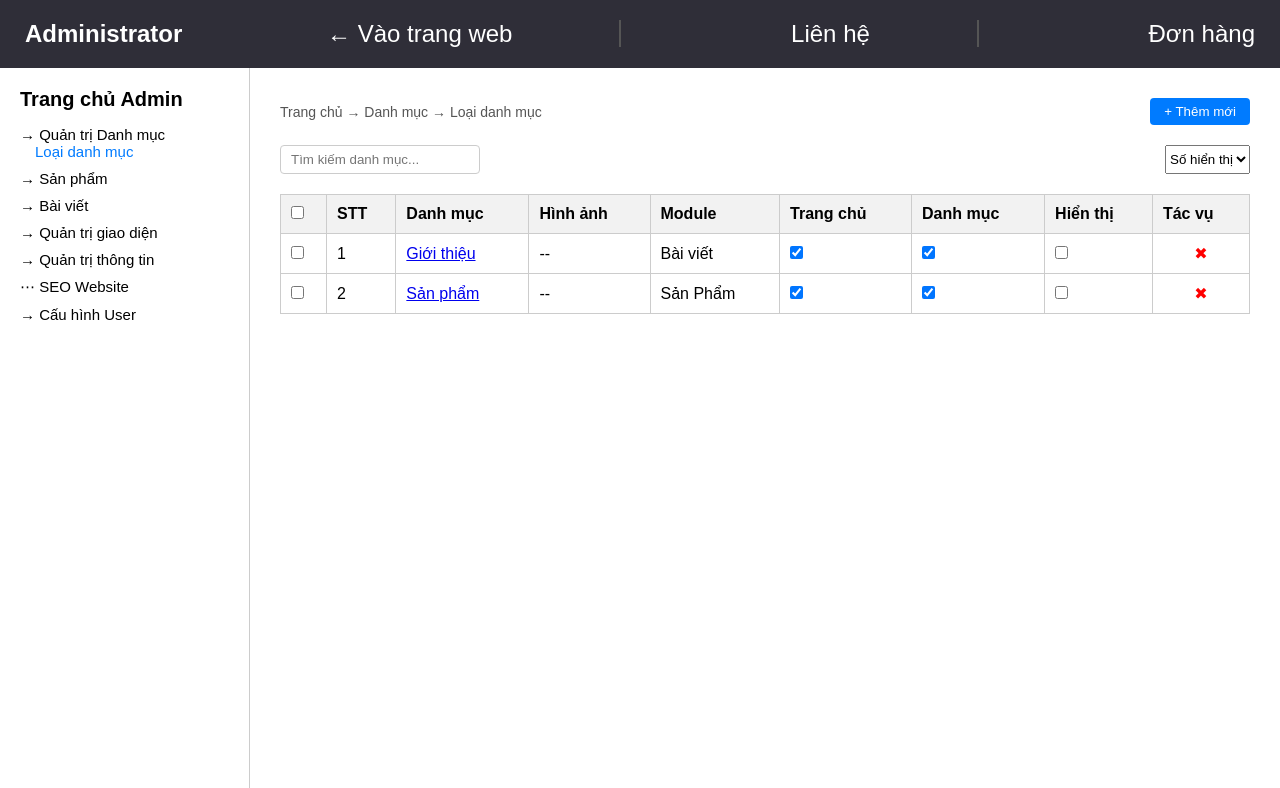
Repository: TranTanDat0606/Du-An-1
Page: Admin]/admin.html
These files come from the project's save history. The page is drawn as it stood at one moment and after a run of saves; the edit follows.
The browser window is 1280 px wide. The pictures show the whole page.

Above is the page before, as saved 2025-07-30 15:08:06.

### Admin]/admin.html
<!DOCTYPE html>
<html lang="vi">
<head>
    <meta charset="UTF-8" />
    <meta name="viewport" content="width=device-width, initial-scale=1.0"/>
    <title>Quản lý danh mục</title>
    <link rel="stylesheet" href="admin.css" />
</head>
<body>
    <header class="topbar">
    <div class="topbar-left">Administrator</div>
    <div class="topbar-right">
    <a href="#">← Vào trang web</a>
    <a href="#">Liên hệ</a>
    <a href="#">Đơn hàng</a></div>
</header>
    <div class="admin-container">
    <aside class="sidebar">
    <h2>Trang chủ Admin</h2>
    <ul>
        <li>→ Quản trị Danh mục
    <ul class="submenu">
            <li><a href="#">Loại danh mục</a></li>
    </ul>
        </li>
        <li>→ Sản phẩm</li>
        <li>→ Bài viết</li>
        <li>→ Quản trị giao diện</li>
        <li>→ Quản trị thông tin</li>
        <li>⋯ SEO Website</li>
        <li>→ Cấu hình User</li>
    </ul>
    </aside>
    <main class="main-content">
    <div class="header-bar">
        <span class="breadcrumbs">Trang chủ → Danh mục → Loại danh mục</span>
        <button class="btn-new">+ Thêm mới</button>
    </div>

    <div class="table-toolbar">
        <input type="text" class="search-input" placeholder="Tìm kiếm danh mục..." />
        <select>
    <option>Số hiển thị</option>
        </select>
    </div>
    <table>
        <thead>
    <tr>
            <th><input type="checkbox" /></th>
            <th>STT</th>
            <th>Danh mục</th>
            <th>Hình ảnh</th>
            <th>Module</th>
            <th>Trang chủ</th>
            <th>Danh mục</th>
            <th>Hiển thị</th>
            <th>Tác vụ</th>
    </tr>
        </thead>
        <tbody>
    <tr>
            <td><input type="checkbox" /></td>
            <td>1</td>
            <td><a href="#">Giới thiệu</a></td>
            <td>--</td>
            <td>Bài viết</td>
            <td><input type="checkbox" checked /></td>
            <td><input type="checkbox" checked /></td>
            <td><input type="checkbox" /></td>
            <td class="text-danger">✖</td>
    </tr>
    <tr>
            <td><input type="checkbox" /></td>
            <td>2</td>
            <td><a href="#">Sản phẩm</a></td>
            <td>--</td>
            <td>Sản Phẩm</td>
            <td><input type="checkbox" checked /></td>
            <td><input type="checkbox" checked /></td>
            <td><input type="checkbox" /></td>
            <td class="text-danger">✖</td>
    </tr>
        </tbody>
    </table>
    </main>
    </div>
</body>
</html>

### Admin]/admin.css
* {
    margin: 0;
    padding: 0;
    box-sizing: border-box;
    font-family: sans-serif;
}
/* header */
/* Topbar admin */
.topbar {
    background-color: #2f2e38;
    color: white;
    display: flex;
    justify-content: space-between;
    align-items: center;
    padding: 20px 25px;
    font-size: 24px;
}

.topbar-left {
    font-weight: bold;
}

.topbar-right a {
    color: white;
    text-decoration: none;
    margin-left: 100px;
    border-left: 2px solid #555;
    padding-left: 170px
}

.topbar-right a:first-child {
    border-left: none;
    padding-left: 0;
}
body {
    background: #f5f5f5;
}

.admin-container {
    display: flex;
    height: 100vh;
}

/* Sidebar */
.sidebar {
    width: 250px;
    background: #fff;
    border-right: 1px solid #ccc;
    padding: 20px;
}

.sidebar h2 {
    margin-bottom: 15px;
    font-size: 20px;
}

.sidebar ul {
    list-style: none;
}

.sidebar li {
    margin-bottom: 10px;
    font-size: 15px;
}

.sidebar .submenu {
    margin-left: 15px;
}

.sidebar a {
    color: #007bff;
    text-decoration: none;
}

/* Main Content */
.main-content {
    flex: 1;
    padding: 30px;
    background: #fff;
}

.header-bar {
    display: flex;
    justify-content: space-between;
    align-items: center;
}

.breadcrumbs {
    color: #555;
    font-size: 14px;
}

.btn-new {
    background: #007bff;
    color: #fff;
    border: none;
    padding: 6px 14px;
    border-radius: 4px;
    cursor: pointer;
}

.table-toolbar {
    margin: 20px 0;
    display: flex;
    justify-content: space-between;
}

.search-input {
    padding: 6px 10px;
    width: 200px;
    border: 1px solid #ccc;
    border-radius: 4px;
}

table {
    width: 100%;
    border-collapse: collapse;
    background: #fff;
}

table th,
table td {
    border: 1px solid #ccc;
    padding: 10px;
    text-align: left;
}

table th {
    background: #f2f2f2;
}

.text-danger {
    color: red;
    text-align: center;
}

After the next 2 saves:
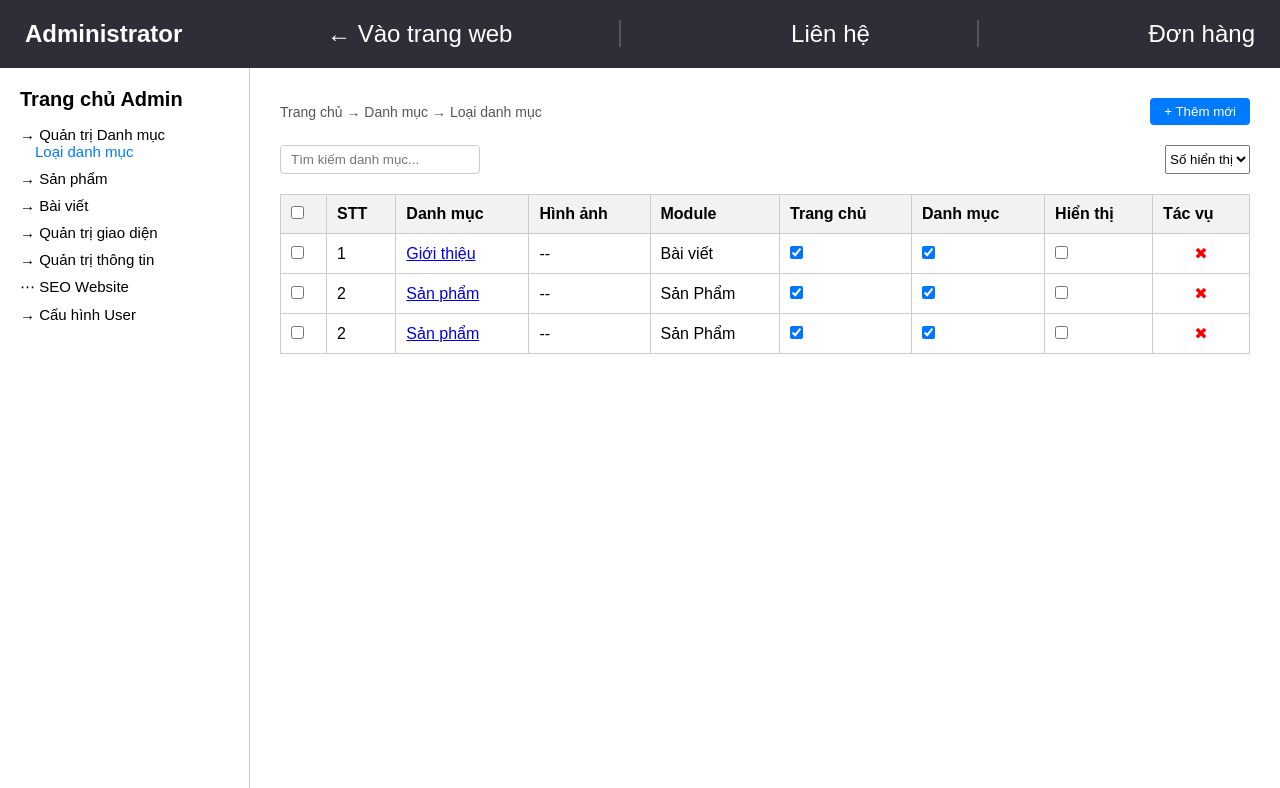
The 2 saves are shown as one change because they came seconds apart.
The last was saved 62 s later.
--- a/Admin]/admin.html
+++ b/Admin]/admin.html
@@ -80,6 +80,17 @@
             <td><input type="checkbox" /></td>
             <td class="text-danger">✖</td>
     </tr>
+     <tr>
+         <td><input type="checkbox" /></td>
+         <td>2</td>
+         <td><a href="#">Sản phẩm</a></td>
+         <td>--</td>
+         <td>Sản Phẩm</td>
+         <td><input type="checkbox" checked /></td>
+         <td><input type="checkbox" checked /></td>
+         <td><input type="checkbox" /></td>
+         <td class="text-danger">✖</td>
+ </tr>
         </tbody>
     </table>
     </main>
